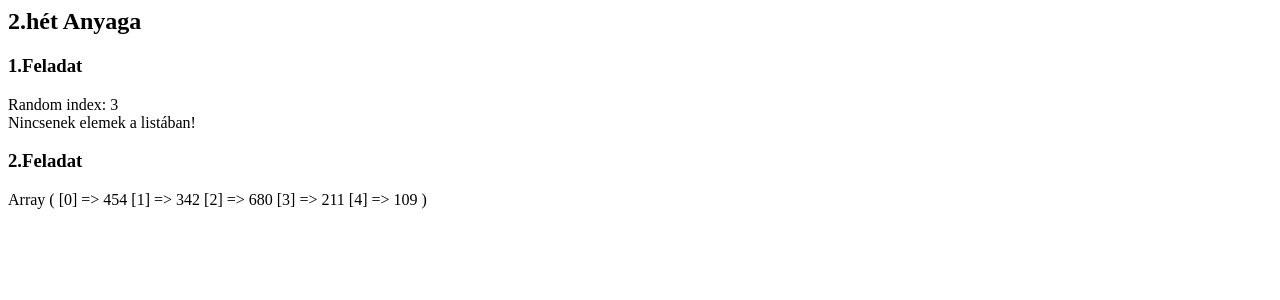
Repository: doomhyena/htdocs
Page: http://localhost/2.Week/index.php
These files come from the project's save history. The page is drawn as it stood at one moment and after a run of saves; the edit follows.
The browser window is 1280 px wide. The pictures show the whole page.
The page is run by PHP 8.4 with error messages shown; the project is at /var/www/html/.

Above is the page before, as saved 2024-09-09 13:26:12.

After the next 2 saves:
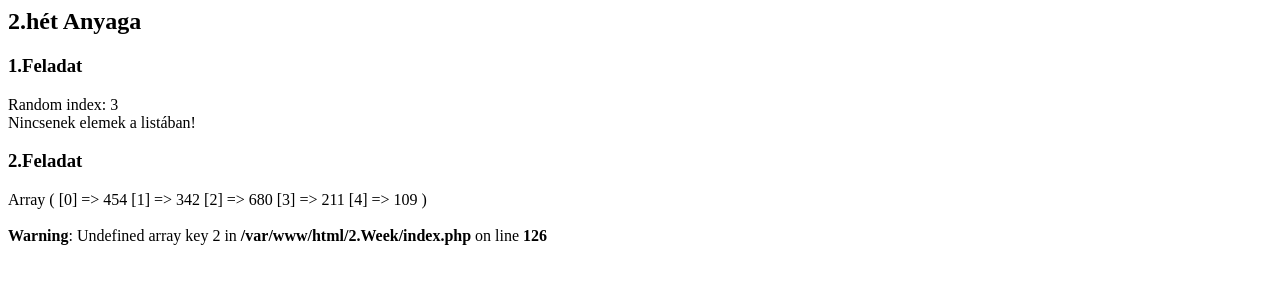
The 2 saves are shown as one change because they came seconds apart.
The last was saved 38 s later.
--- a/2.Week/index.php
+++ b/2.Week/index.php
@@ -123,5 +123,6 @@ print_r($listlist);
 $maxindex = count($listlist)-1;
 $randomindex = rand(0, $maxindex);
 echo "<br>";
+echo $lista[$randomindex]
 
 ?>
